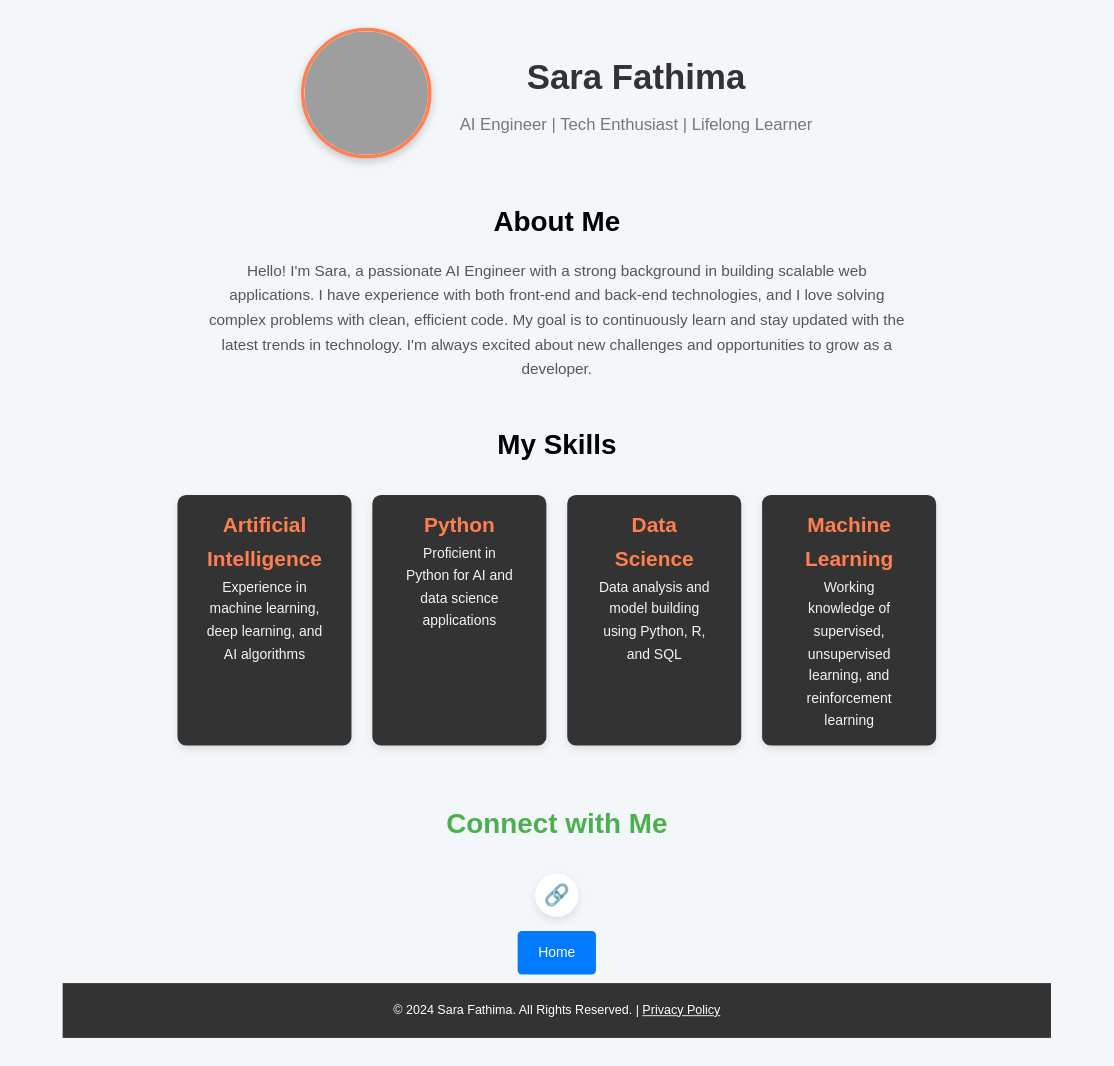
Repository: Syed1818/project
Page: profile.html
An editor plug-in stored every save of this project. The page is shown before and after the next save, followed by the edit.
The browser window is 1280 px wide. The pictures show the whole page, at 87% of full size.
Pictures or frames that could not be fetched are drawn as grey boxes.

Above is the page before, as saved 2024-12-07 18:01:54.

### profile.html
<!DOCTYPE html>
<html lang="en">
<head>
    <meta charset="UTF-8">
    <meta name="viewport" content="width=device-width, initial-scale=1.0">
    <title>Your Profile</title>
    <style>
        /* Reset and Basic Styles */
        * {
            margin: 0;
            padding: 0;
            box-sizing: border-box;
        }

        body {
            font-family: 'Arial', sans-serif;
            background-color: #f4f7fa;
            color: #333;
            line-height: 1.6;
            text-align: center;
        }

        /* Profile Section */
        .profile-container {
            max-width: 1200px;
            margin: 0 auto;
            padding: 2rem;
        }

        .profile-header {
            display: flex;
            justify-content: center;
            align-items: center;
            text-align: center;
            margin-bottom: 3rem;
        }

        .profile-header img {
            width: 150px;
            height: 150px;
            border-radius: 50%;
            border: 4px solid #ff7f50;
            margin-right: 2rem;
            box-shadow: 0 4px 10px rgba(0, 0, 0, 0.2);
        }

        .profile-header h1 {
            font-size: 2.5rem;
            color: #333;
            margin-bottom: 0.5rem;
        }

        .profile-header p {
            font-size: 1.2rem;
            color: #777;
        }

        /* About Section */
        .about-section {
            text-align: center;
            margin-bottom: 3rem;
        }

        .about-section h2 {
            font-size: 2rem;
            color: black;
            margin-bottom: 1rem;
        }

        .about-section p {
            font-size: 1.1rem;
            color: #555;
            max-width: 800px;
            margin: 0 auto;
        }

        /* Skills Section */
        .skills-section {
            margin-bottom: 4rem;
        }

        .skills-section h2 {
            font-size: 2rem;
            color: black; /* Orange header */
            text-align: center;
            margin-bottom: 2rem;
        }

        .skills-list {
            display: flex;
            justify-content: center;
            flex-wrap: wrap;
            gap: 1.5rem;
        }

        .skill {
            background-color: #333; /* Dark background for skill cards */
            border-radius: 10px;
            padding: 1rem 2rem;
            box-shadow: 0 4px 10px rgba(0, 0, 0, 0.1);
            transition: all 0.3s ease;
            text-align: center;
            width: 200px;
        }

        .skill:hover {
            transform: translateY(-10px);
            box-shadow: 0 8px 15px rgba(0, 0, 0, 0.2);
        }

        .skill h3 {
            font-size: 1.5rem;
            color: #ff7f50; /* Orange text */
        }

        .skill p {
            font-size: 1rem;
            color: #f4f4f4; /* Light text for skill descriptions */
        }

        /* Social Media Section */
        .social-media {
            text-align: center;
            margin-top: 3rem;
        }

        .social-media h2 {
            font-size: 2rem;
            color: #4CAF50;
            margin-bottom: 2rem;
        }

        .social-media ul {
            list-style: none;
            display: flex;
            justify-content: center;
            gap: 1.5rem;
        }

        .social-media ul li {
            width: 50px;
            height: 50px;
            background-color: #fff;
            border-radius: 50%;
            display: flex;
            justify-content: center;
            align-items: center;
            box-shadow: 0 4px 10px rgba(0, 0, 0, 0.1);
            transition: transform 0.3s ease;
        }

        .social-media ul li:hover {
            transform: translateY(-5px);
        }

        .social-media ul li a {
            color: #333;
            font-size: 1.5rem;
            text-decoration: none;
        }

        .social-media ul li a:hover {
            color: #4CAF50;
        }
        .home-button {
            display: inline-block;
            padding: 0.75rem 1.5rem;
            font-size: 1rem;
            color: white;
            background-color: #007bff;
            border: none;
            border-radius: 5px;
            text-decoration: none;
            margin-top: 1rem;
            transition: background-color 0.3s ease;
        }

        .home-button:hover {
            background-color: #0056b3;
        }

        /* Footer */
        footer {
            text-align: center;
            padding: 20px 20px;
            margin-top: 10px;
            background-color: #333;
            color: white;
        }

        footer p {
            font-size: 0.9rem;
        }
    </style>
</head>
<body>

    <div class="profile-container">
        <!-- Profile Header -->
        <div class="profile-header">
            <img src="https://media.licdn.com/dms/image/v2/D4E03AQGuGxKQycFC0g/profile-displayphoto-shrink_400_400/profile-displayphoto-shrink_400_400/0/1713798304352?e=1737590400&v=beta&t=i2s9TJBFsF-2XZcw2WneA0de2JTcgz8lsbHUMZ2WS6g" alt="Profile Picture">
            <div>
                <h1>Sara Fathima</h1>
                <p>AI Engineer | Tech Enthusiast | Lifelong Learner</p>
            </div>
        </div>

        <!-- About Section -->
        <section class="about-section">
            <h2>About Me</h2>
            <p>Hello! I'm Sara, a passionate AI Engineer with a strong background in building scalable web applications. I have experience with both front-end and back-end technologies, and I love solving complex problems with clean, efficient code. My goal is to continuously learn and stay updated with the latest trends in technology. I'm always excited about new challenges and opportunities to grow as a developer.</p>
        </section>

        <!-- Skills Section -->
        <section class="skills-section">
            <h2>My Skills</h2>
            <div class="skills-list">
                <div class="skill">
                    <h3>Artificial Intelligence</h3>
                    <p>Experience in machine learning, deep learning, and AI algorithms</p>
                </div>
                <div class="skill">
                    <h3>Python</h3>
                    <p>Proficient in Python for AI and data science applications</p>
                </div>
                <div class="skill">
                    <h3>Data Science</h3>
                    <p>Data analysis and model building using Python, R, and SQL</p>
                </div>
                <div class="skill">
                    <h3>Machine Learning</h3>
                    <p>Working knowledge of supervised, unsupervised learning, and reinforcement learning</p>
                </div>
            </div>
        </section>

        <!-- Social Media Section -->
        <section class="social-media">
            <h2>Connect with Me</h2>
            <ul>
                <li><a href="https://www.linkedin.com/in/a-sara-fathima-a237592b4?lipi=urn%3Ali%3Apage%3Ad_flagship3_profile_view_base_contact_details%3Bb9Yoh9yESqqOwGi0mVraZw%3D%3D" target="_blank">🔗</a></li>
            </ul>
        </section>
        <a href="index.html" class="home-button">Home</a>
        <!-- Footer -->
        <footer>
            <p>&copy; 2024 Sara Fathima. All Rights Reserved. | <a href="privacy-policy.html" style="color: white;">Privacy Policy</a></p>
        </footer>
    </div>

</body>
</html>

After the next save:
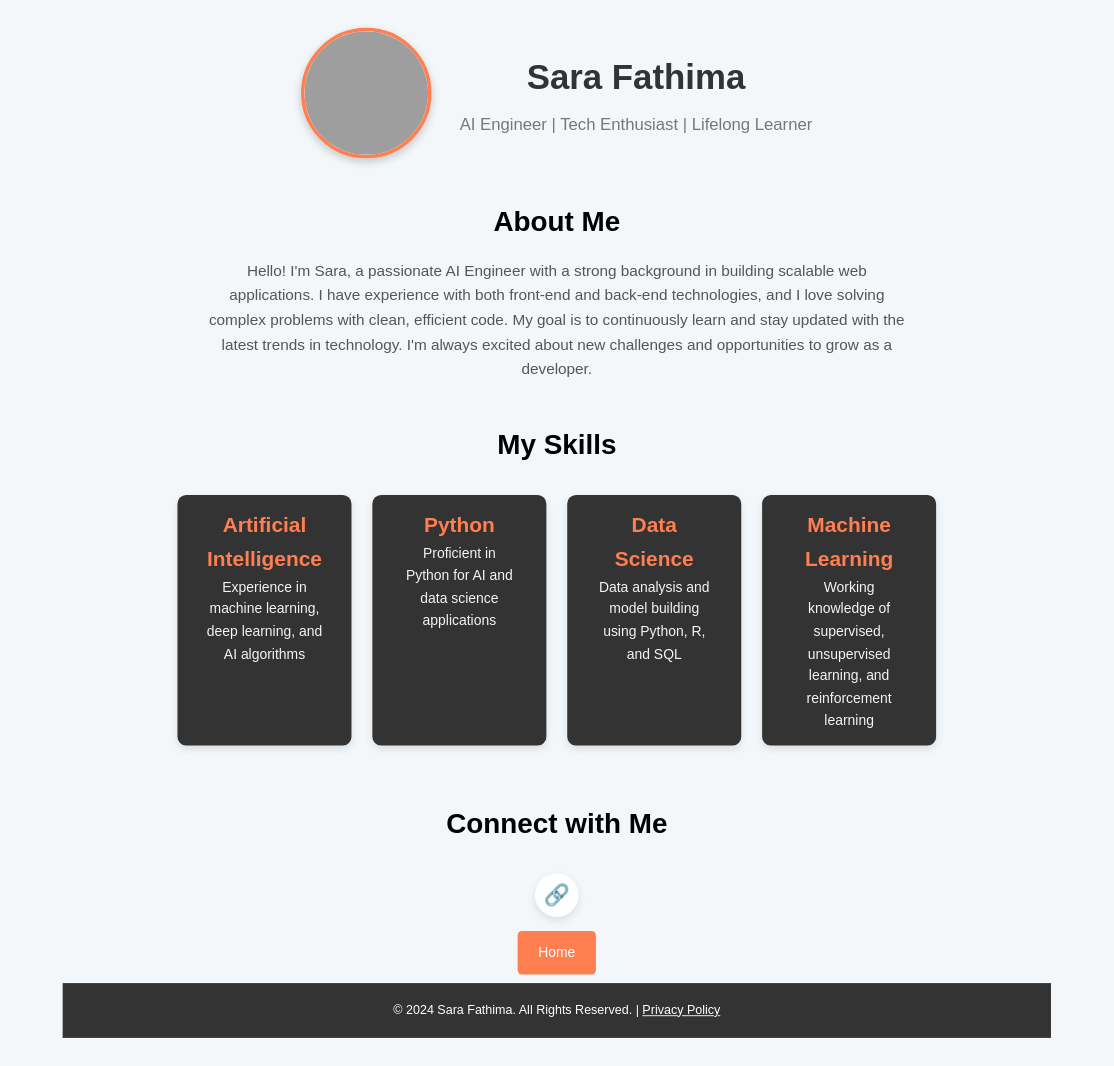
Saved 47 s later.
--- a/profile.html
+++ b/profile.html
@@ -126,7 +126,7 @@
 
         .social-media h2 {
             font-size: 2rem;
-            color: #4CAF50;
+            color: black;
             margin-bottom: 2rem;
         }
 
@@ -167,7 +167,7 @@
             padding: 0.75rem 1.5rem;
             font-size: 1rem;
             color: white;
-            background-color: #007bff;
+            background-color: #ff7f50;
             border: none;
             border-radius: 5px;
             text-decoration: none;
@@ -176,7 +176,7 @@
         }
 
         .home-button:hover {
-            background-color: #0056b3;
+            background-color: #fa6129;
         }
 
         /* Footer */
